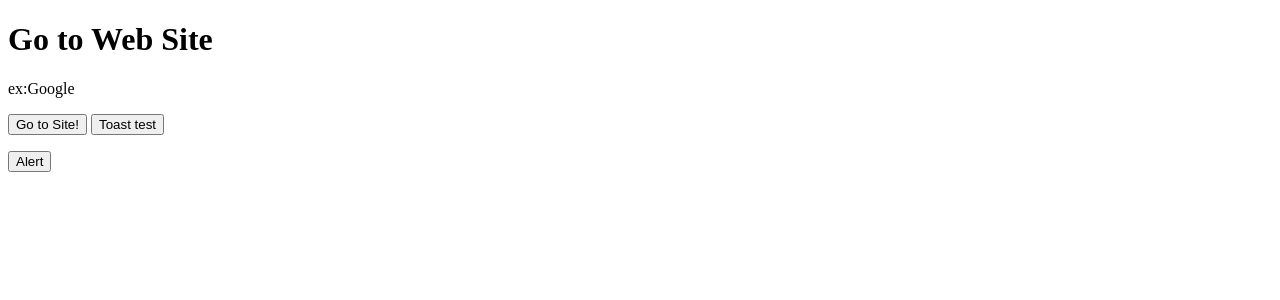
Repository: kenshiryu7/mdv-projects
Page: MDF3/project_4/Project4/assets/index.html
These files come from the project's save history. The page is drawn as it stood at one moment and after the next save; the edit follows.
The browser window is 1280 px wide. The pictures show the whole page.

Above is the page before, as saved 2013-02-28 18:17:02.

After the next save:
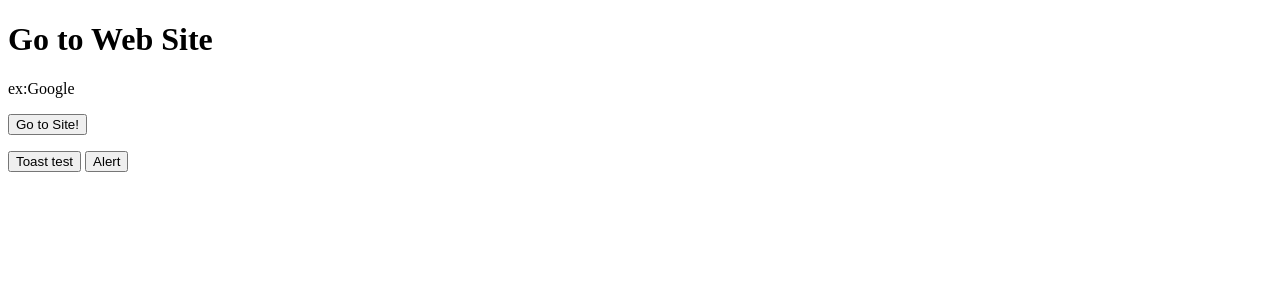
Saved 83 s later.
--- a/MDF3/project_4/Project4/assets/index.html
+++ b/MDF3/project_4/Project4/assets/index.html
@@ -12,12 +12,14 @@
 	<p id="mytext">ex:Google</p>
 
 
-	<p>
+
 	<input type="button" value="Go to Site!" onclick="openWeb()"/>
 
+	<p>
 	<input type="button" value="Toast test" onclick="showAndroidToast('I just wanted to tell the world that....I Like it Toasty!!!')"/>
+
+	<input type="button" value="Alert" onclick="doAlert()"/>
 	</p>
-	<input type="button" value="Alert" onclick="doAlert()"/>
 	</body>
 
 
